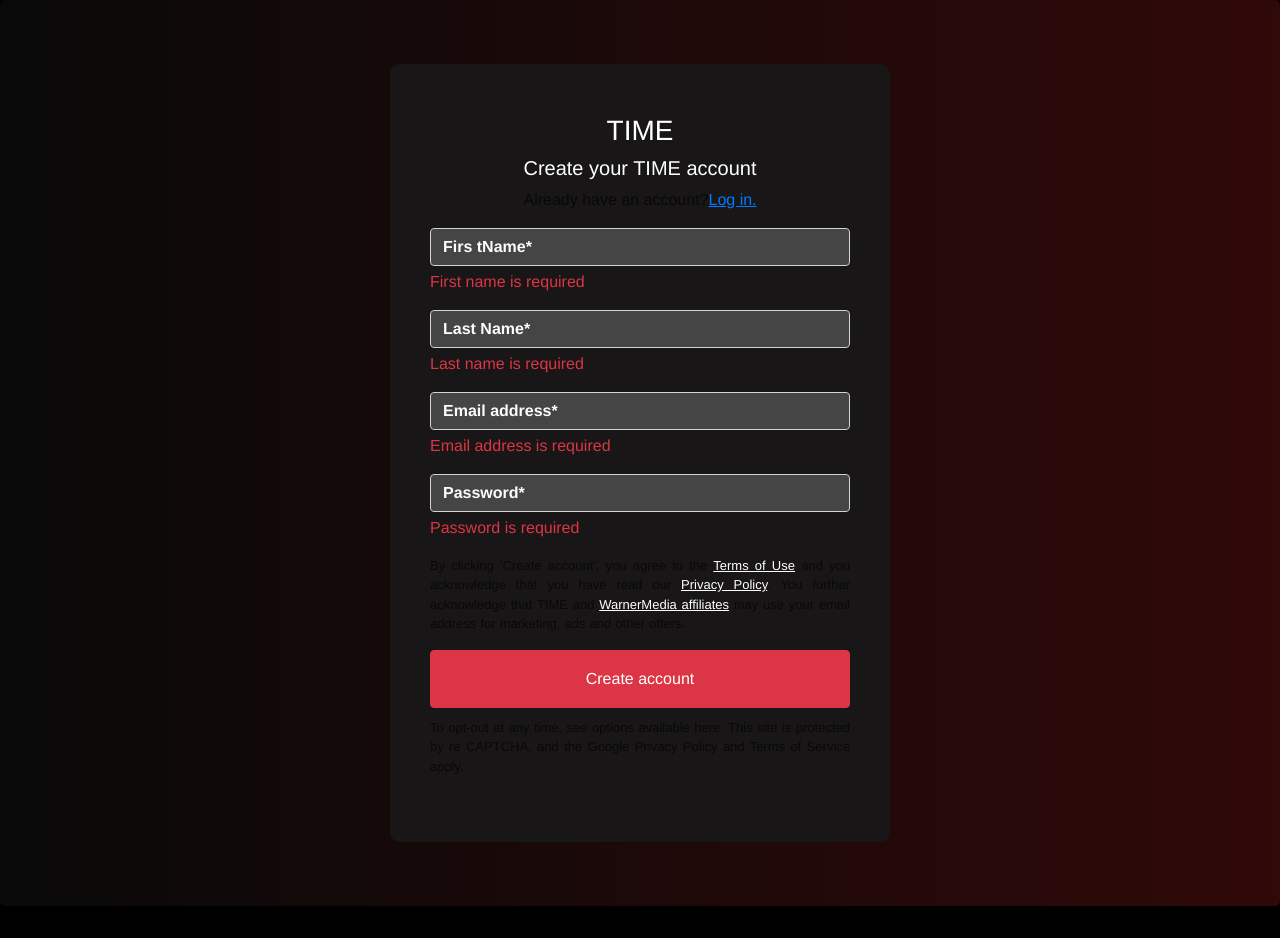
Repository: Vu14082002/WebTinTuc
Page: html/SignUp.html
An editor plug-in stored every save of this project. The page is shown before and after a run of saves, followed by the edit.
The browser window is 1280 px wide. The pictures show the whole page.
Some web libraries are served in a nearby version.

Above is the page before, as saved 2022-04-09 14:42:01.

After the next 2 saves:
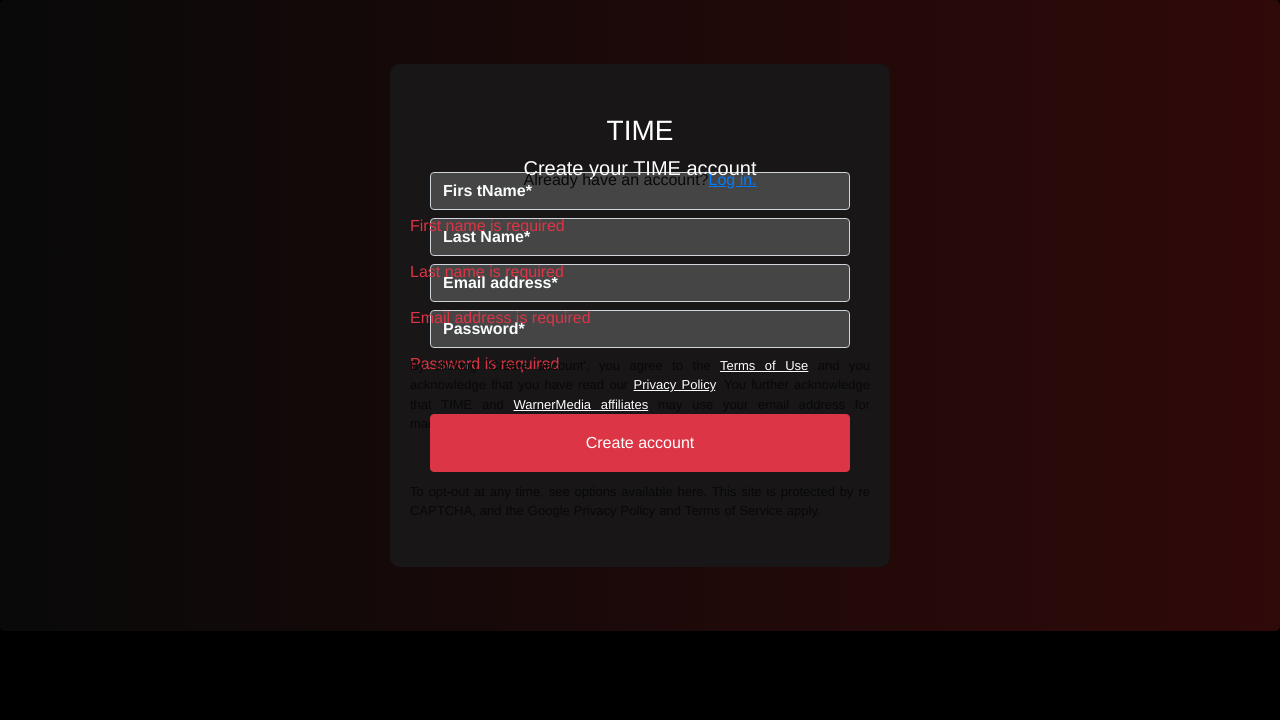
The 2 saves are shown as one change because they came seconds apart.
The last was saved 48 s later.
--- a/css/login.css
+++ b/css/login.css
@@ -58,6 +58,6 @@
 p{
     color: #090909 !important;
 }
-p.tieudePhai {
+p {
     margin: -20px;
 }
